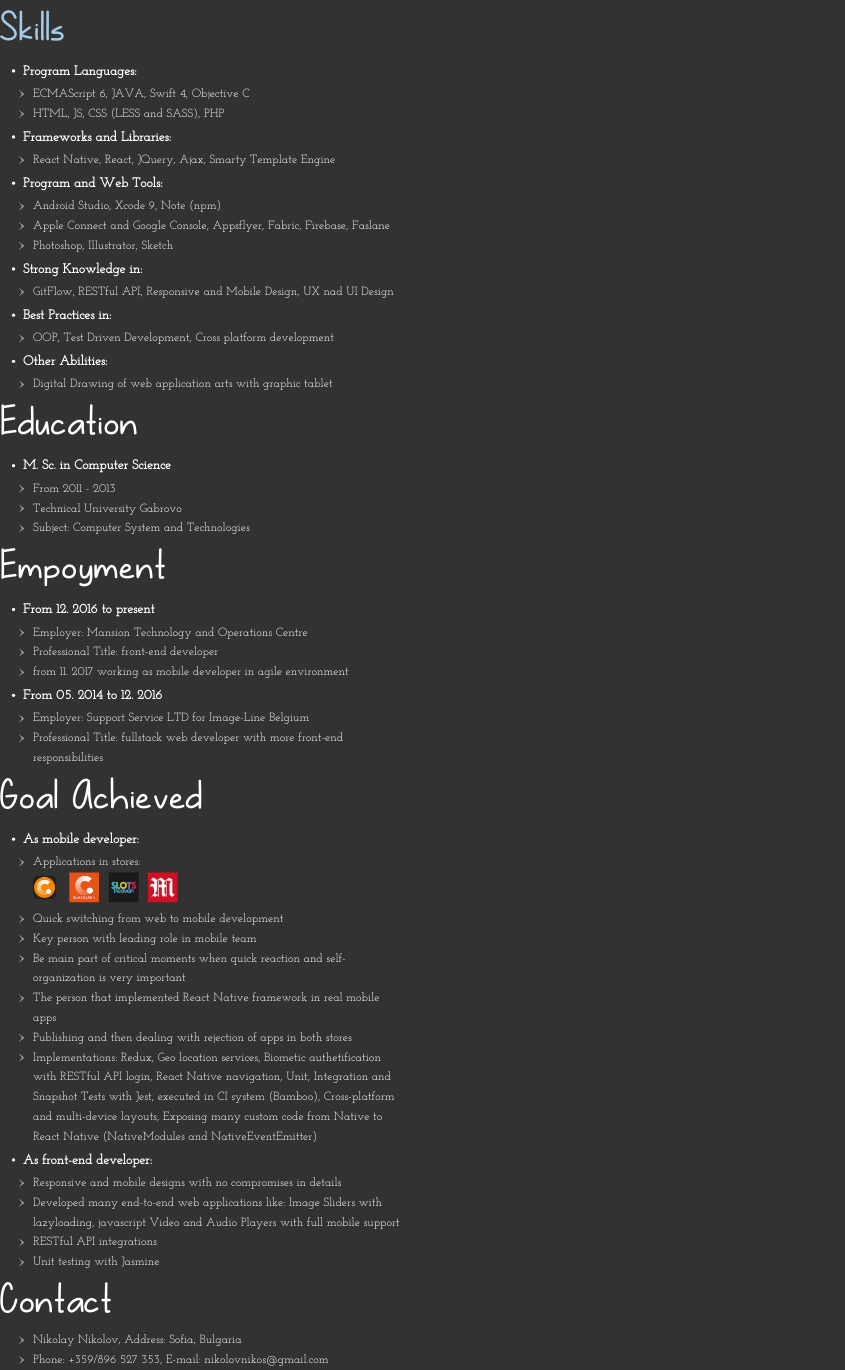
Repository: nikichanko/cv
Page: print.html
An editor plug-in stored every save of this project. The page is shown before and after the next save, followed by the edit.
The browser window is 1280 px wide. The pictures show the whole page, at 66% of full size.

Above is the page before, as saved 2018-08-10 03:33:04.

After the next save:
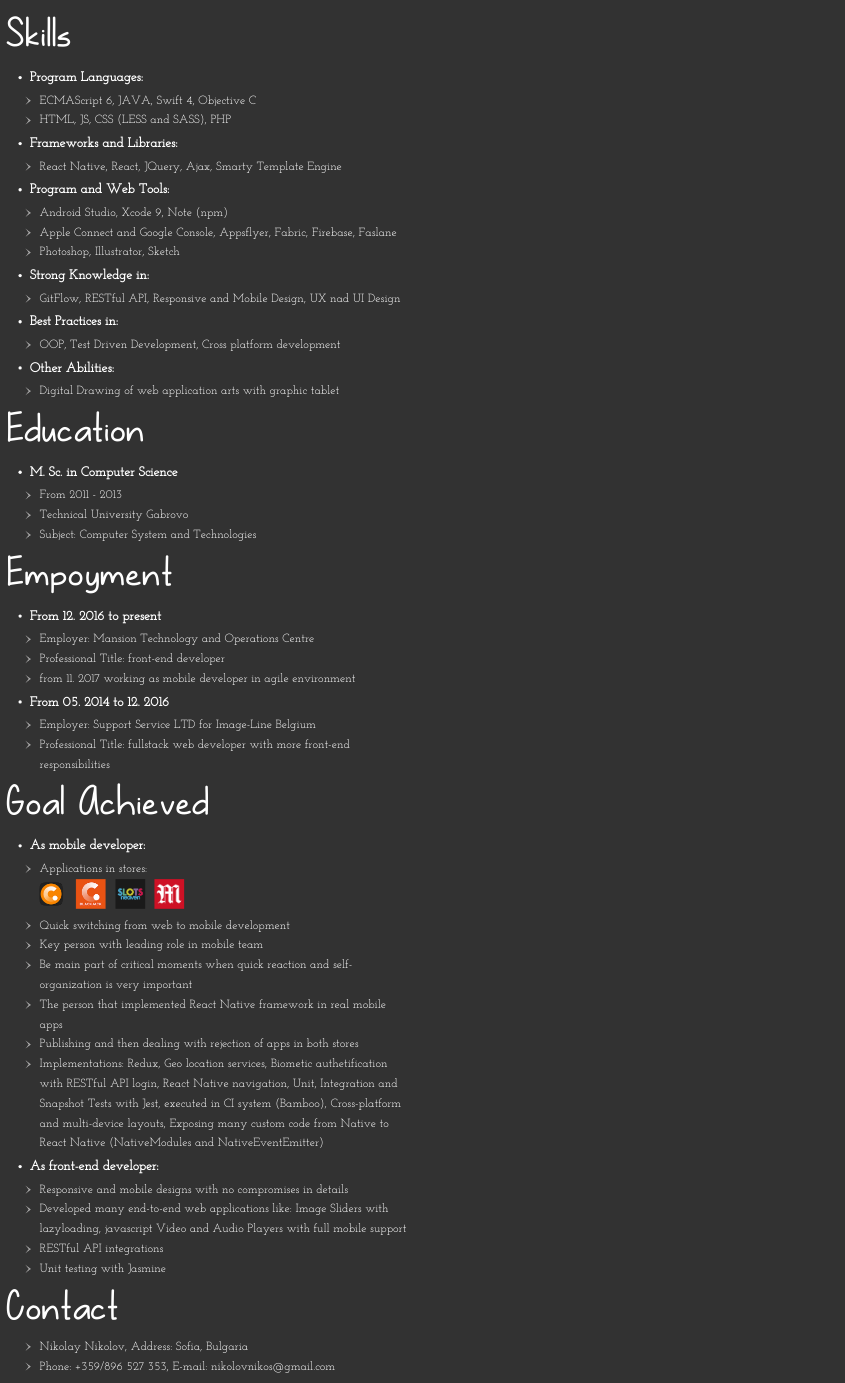
Saved 2 min 13 s later.
--- a/css/print.css
+++ b/css/print.css
@@ -9,3 +9,7 @@
 .ul-wrapper{
   height: auto;
 }
+
+#content{
+  padding: 10px;
+}
